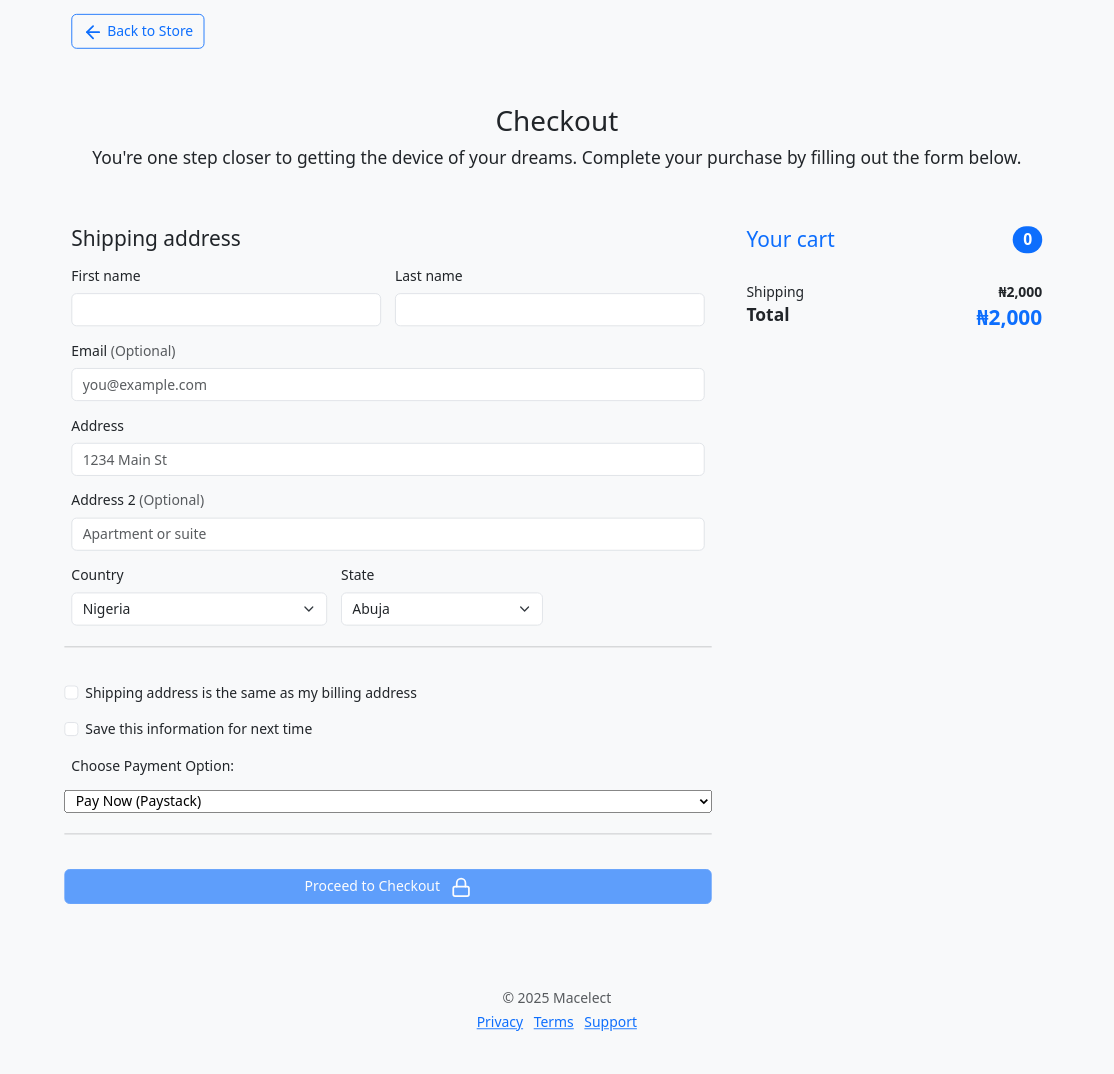
Repository: Davidobi21/macelect
Page: frontend/pages/checkout.html
These files come from the project's save history. The page is drawn as it stood at one moment and after the next save; the edit follows.
The browser window is 1280 px wide. The pictures show the whole page, at 87% of full size.

Above is the page before, as saved 2025-04-30 08:57:34.

After the next save:
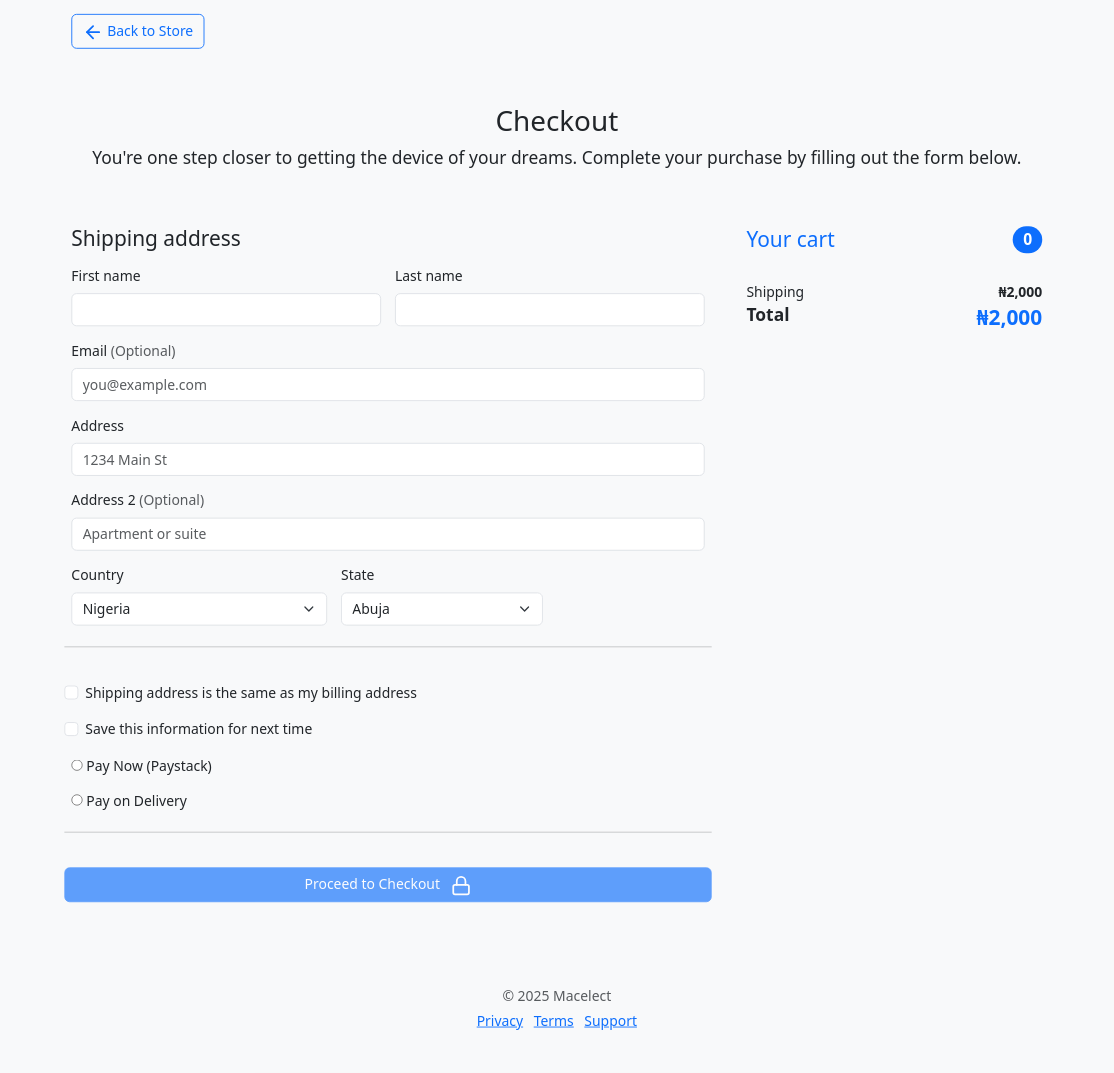
Saved 35 s later.
--- a/frontend/pages/checkout.html
+++ b/frontend/pages/checkout.html
@@ -134,11 +134,12 @@
               <label class="form-check-label" for="save-info">Save this information for next time</label>
             </div>
 
-            <label for="paymentOption">Choose Payment Option:</label>
-            <select id="paymentOption">
-              <option value="payNow">Pay Now (Paystack)</option>
-              <option value="payOnDelivery">Pay on Delivery</option>
-            </select>
+            <label>
+                <input type="radio" name="paymentOption" value="payNow"> Pay Now (Paystack)
+              </label>
+              <label>
+                <input type="radio" name="paymentOption" value="payOnDelivery"> Pay on Delivery
+              </label>
 
             <hr class="my-4">
 
